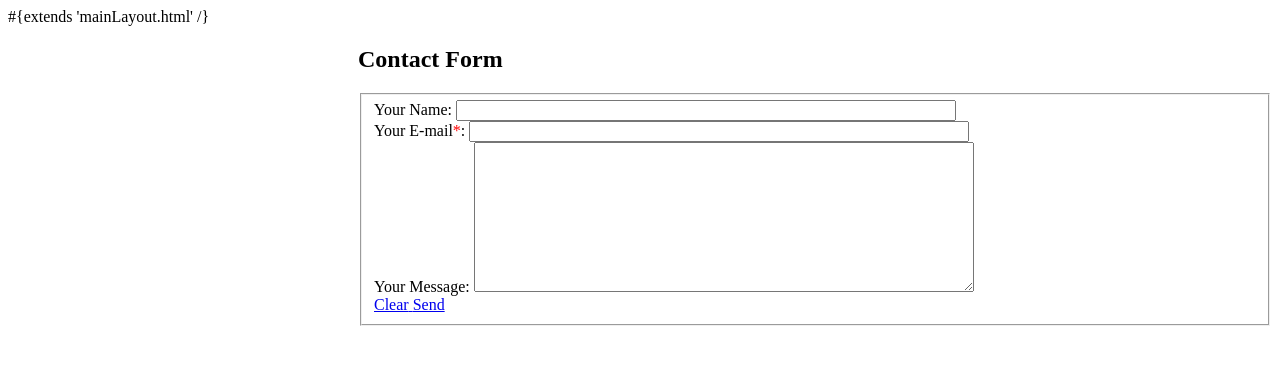
Repository: Maalejm/SEBA
Page: SlifeWebSite/app/views/Application/contactus.html
An editor plug-in stored every save of this project. The page is shown before and after the next save, followed by the edit.
The browser window is 1280 px wide. The pictures show the whole page.

Above is the page before, as saved 2013-07-09 21:57:09.

### SlifeWebSite/app/views/Application/contactus.html
#{extends 'mainLayout.html' /}
<script type="text/javascript">
function validate()
{

 var name = document.myForm.Name;
var email = document.myForm.email;

if(name_validation(name))
{
if(ValidateEmail(email))
{
}
}
return false;
}

function name_validation(name){

   if( document.myForm.Name.value == "" )
   {
     alert( "Please provide your name!" );
     document.myForm.Name.focus() ;
     return false;
   }
   return true;
 }

function ValidateEmail(email)
{
var mailformat = /^\w+([\.-]?\w+)*@\w+([\.-]?\w+)*(\.\w{2,3})+$/;
if(email.value.match(mailformat))
{
return true;
}
else
{
alert("You have entered an invalid email address!");
email.focus();
return false;
}
}

</script>

<article class="col-2" style="margin-left: 350px;">
              <h2>Contact Form</h2>
              <form id="contacts-form" name="myForm" action="#"  onsubmit="return(validate());" >
                <fieldset>
                  <div class="field text">
                    <label>Your Name:</label>
                    <input type="text" style="width: 500px;" name="Name">
                  </div>
                  <div class="field text">
                    <label>Your E-mail<ss style="color:#FF0000;">*</ss>:</label>
                    <input type="text" style="width: 500px;" name="email">
                  </div>
                  <div class="field">
                    <label>Your Message:</label>
                    <textarea style="width: 500px;
height: 150px;"></textarea>
                  </div>
                 <div class="alignright"><a href="#" class="btn btn-primary" onClick="document.getElementById('contacts-form').reset()"><span>
                 <span>Clear</span></span>
                 </a><a href="#" class="btn btn-primary"  onclick="validate()"><span><span>Send</span></span></a></div>
                </fieldset>
              </form>
            </article>

After the next save:
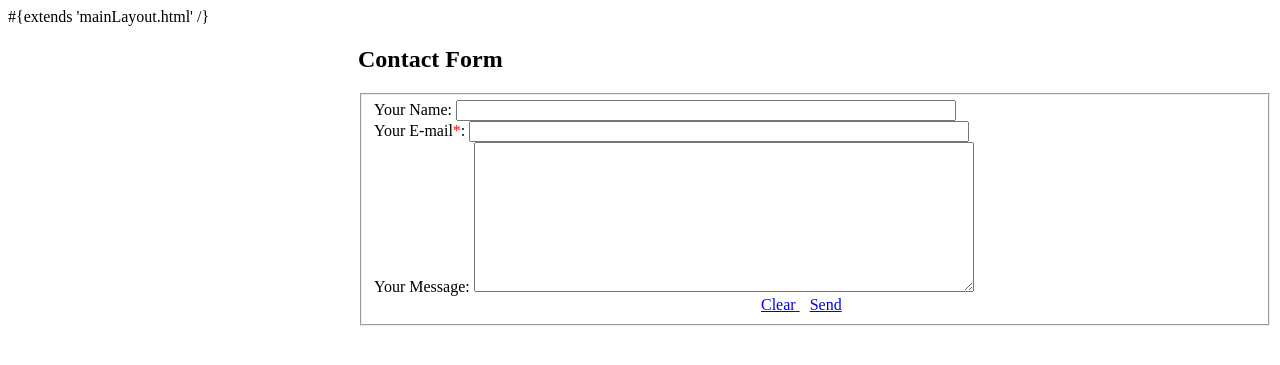
Saved 2 min 56 s later.
--- a/SlifeWebSite/app/views/Application/contactus.html
+++ b/SlifeWebSite/app/views/Application/contactus.html
@@ -60,7 +60,7 @@ return false;
                     <textarea style="width: 500px;
 height: 150px;"></textarea>
                   </div>
-                 <div class="alignright"><a href="#" class="btn btn-primary" onClick="document.getElementById('contacts-form').reset()"><span>
+                 <div class="alignright" style="margin-left: 377px;"><a href="#" style="margin:10px" class="btn btn-primary" onClick="document.getElementById('contacts-form').reset()"><span>
                  <span>Clear</span></span>
                  </a><a href="#" class="btn btn-primary"  onclick="validate()"><span><span>Send</span></span></a></div>
                 </fieldset>
